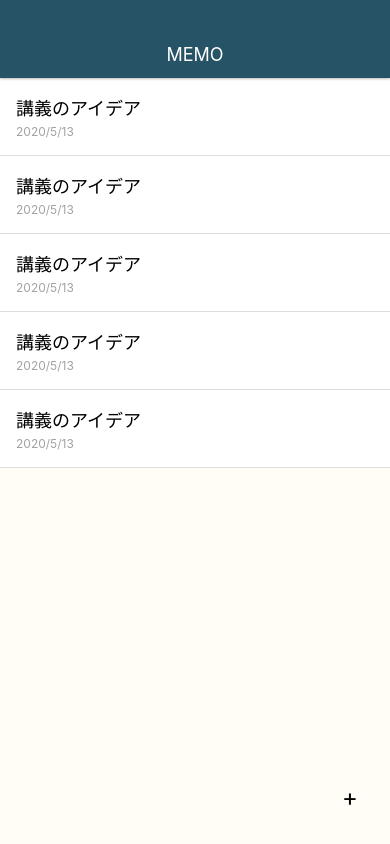
Repository: NagataRyuji0630/memo_app_for_reactNative
Page: /
An editor plug-in stored every save of this project. The page is shown before and after the next save, followed by the edit.
The browser window is 390 px wide. The pictures show the whole page.
The app was drawn by React Native's web renderer in a window 390 px wide. The project was rebuilt for these pictures with package versions that can differ from the ones it lists, and the page was loaded fresh each time.

Above is the page before, as saved 2020-05-14 08:08:00.

### App.js
import React from 'react';
import { StyleSheet, Text, View } from 'react-native';

export default class App extends React.Component {
  render() {
    return (
      <View style={styles.container}>
        <View style={styles.appbar}>
          <View>
            <Text style={styles.appbarTitle}>MEMO</Text>
          </View>
        </View>

        <View style={styles.memoList}>
          <View style={styles.memoListItem}>
            <Text style={styles.memoTitle}>講義のアイデア</Text>
            <Text style={styles.memoDate}>2020/5/13</Text>
          </View>
          <View style={styles.memoListItem}>
            <Text style={styles.memoTitle}>講義のアイデア</Text>
            <Text style={styles.memoDate}>2020/5/13</Text>
          </View>
          <View style={styles.memoListItem}>
            <Text style={styles.memoTitle}>講義のアイデア</Text>
            <Text style={styles.memoDate}>2020/5/13</Text>
          </View>
          <View style={styles.memoListItem}>
            <Text style={styles.memoTitle}>講義のアイデア</Text>
            <Text style={styles.memoDate}>2020/5/13</Text>
          </View>
          <View style={styles.memoListItem}>
            <Text style={styles.memoTitle}>講義のアイデア</Text>
            <Text style={styles.memoDate}>2020/5/13</Text>
          </View>
        </View>

        <View style={styles.memoAddBtn}>
          <Text style={styles.memoAddBtnTitle}>+</Text>
        </View>
      </View>
    );
  }
}

const styles = StyleSheet.create({
  container: {
    flex: 1,
    backgroundColor: '#FFFDF6',
    alignItems: 'center',
    justifyContent: 'center',
    paddingTop: 78,
  },
  memoList: {
    width: '100%',
    flex: 1,
  },
  memoListItem: {
    padding: 16,
    borderBottomWidth: 1,
    borderBottomColor: '#ddd',
    backgroundColor: 'white',
  },
  memoTitle: {
    fontSize: 18,
    marginBottom: 4,
  },
  memoDate: {
    fontSize: 12,
    color: '#a2a2a2'
  },
  appbar: {
    position: 'absolute',
    top: 0,
    left: 0,
    right: 0,
    height: 78,
    paddingTop: 30,
    backgroundColor: '#265366',
    justifyContent: 'center',
    alignItems: 'center',
    shadowColor: '#000',
    shadowOffset: { width: 0, height: 0 },
    shadowOpacity: 0.5,
    shadowRadius: 3,
    zIndex: 10,
  },
  appbarTitle: {
    color: '#fff',
    fontSize: 18,
  },
  memoAddBtn: {
    position: 'absolute',
    bottom: 32,
    right: 32,
  },
  memoAddBtnTitle: {
    fontSize: 24,
  }
});

After the next save:
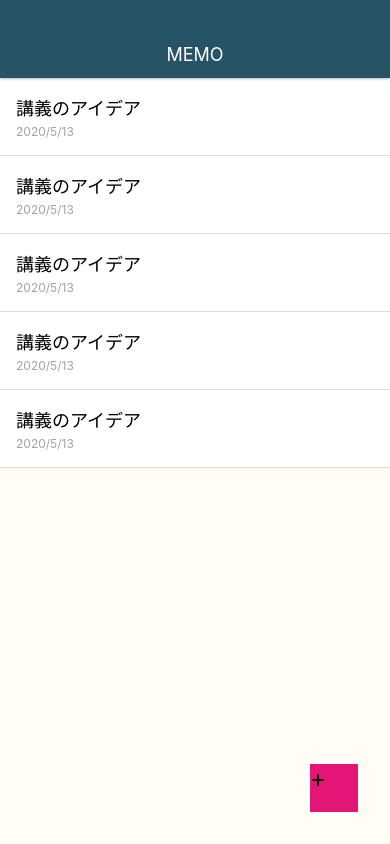
Saved 47 s later.
--- a/App.js
+++ b/App.js
@@ -92,6 +92,9 @@ const styles = StyleSheet.create({
     position: 'absolute',
     bottom: 32,
     right: 32,
+    width: 48,
+    height: 48,
+    backgroundColor: '#E31675',
   },
   memoAddBtnTitle: {
     fontSize: 24,
